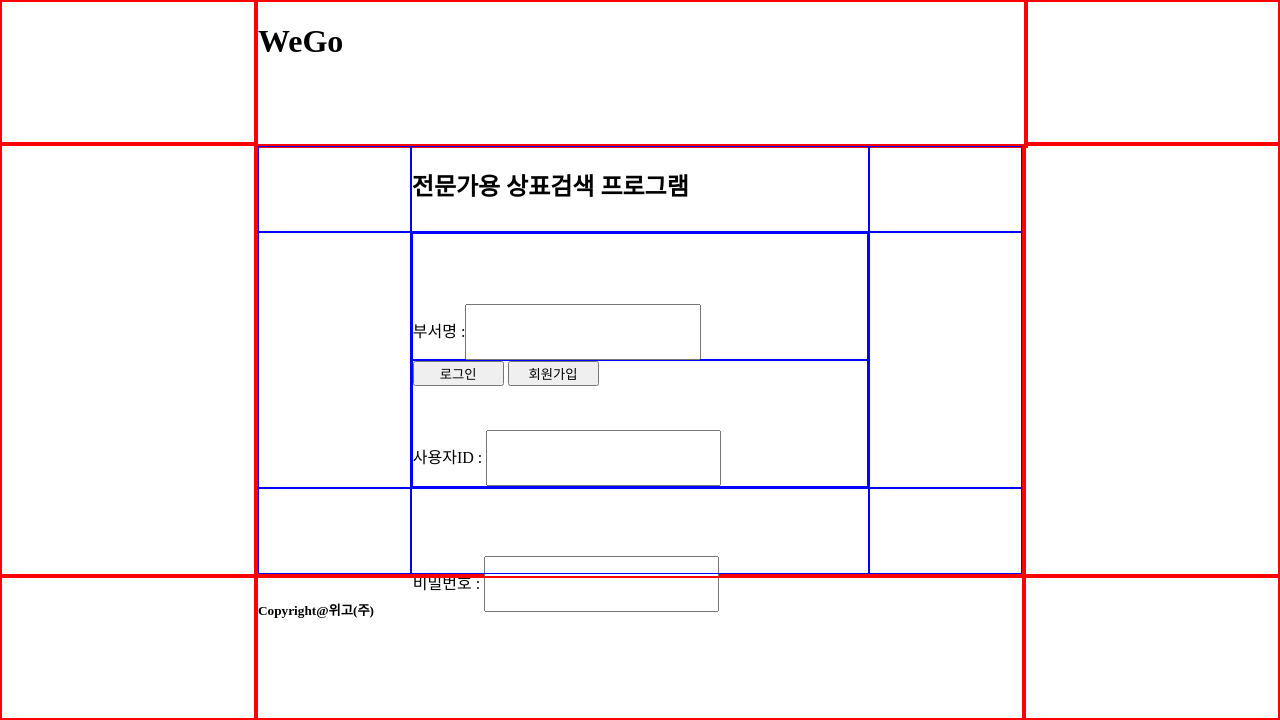
Repository: hamuse/wego1
Page: http://localhost/teamW1/facade.do
These files come from the project's save history. The page is drawn as it stood at one moment and after the next save; the edit follows.
The browser window is 1280 px wide. The pictures show the whole page.
Some web libraries are served in a nearby version. The page is served by Tomcat 9.

Above is the page before, as saved 2019-10-07 11:16:17.

After the next save:
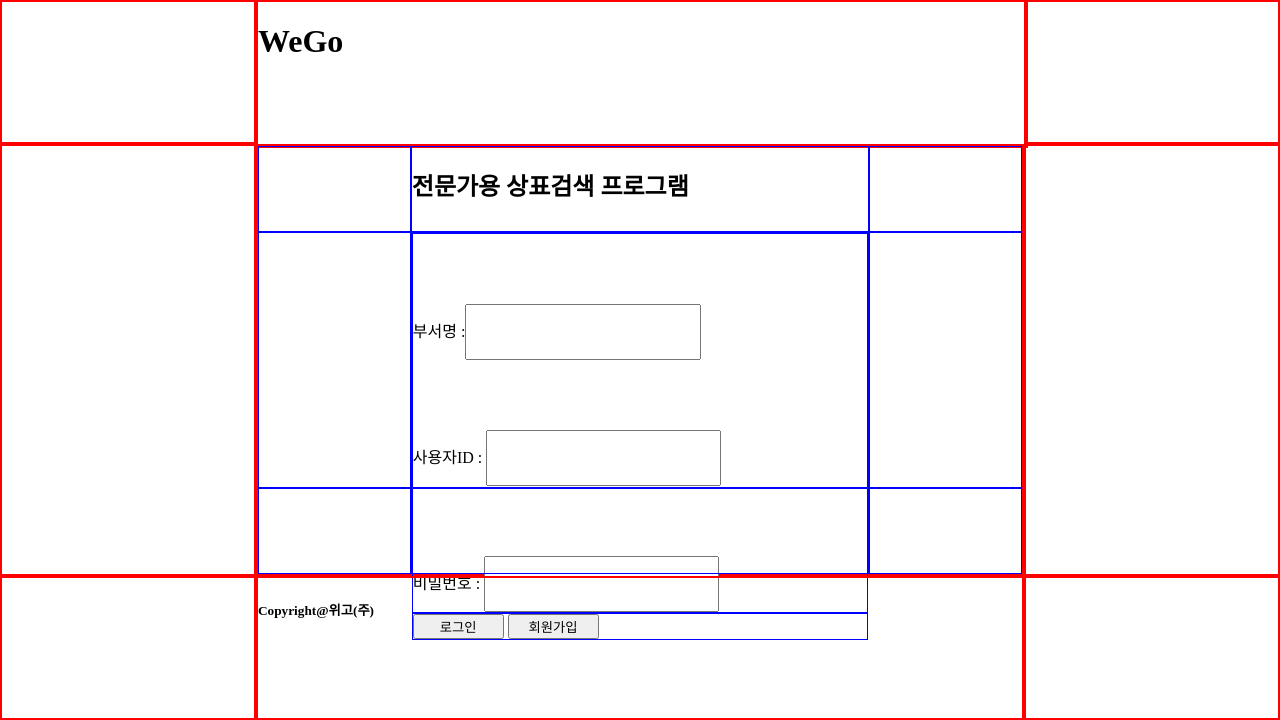
Saved 99 s later.
--- a/teamW1/WebContent/resources/css/style.css
+++ b/teamW1/WebContent/resources/css/style.css
@@ -35,15 +35,19 @@ html, body{
 	padding-top: 50px;
 }
 #join_form{width: 100%; height: 100%}
-#login_form{
+login_form{
 	display: grid;
-	width: 100%;
-	height: 100%;
+	/* width: 100%;
+	height: 100%; */
 	grid-template-rows: 50% 50%;
 }
 #login_form div{1px solid black}
 #login_tab div{border : 1px solid black;}
-.login_tab_item_1{grid-column: 1/5;}
+.login_tab_item_1{
+
+
+}
+
 #wego{width: 100%;height: 100%;}
 #login_btn{width: 20%; height: 20%}
 #join_btn{width: 20%; height: 20%}
